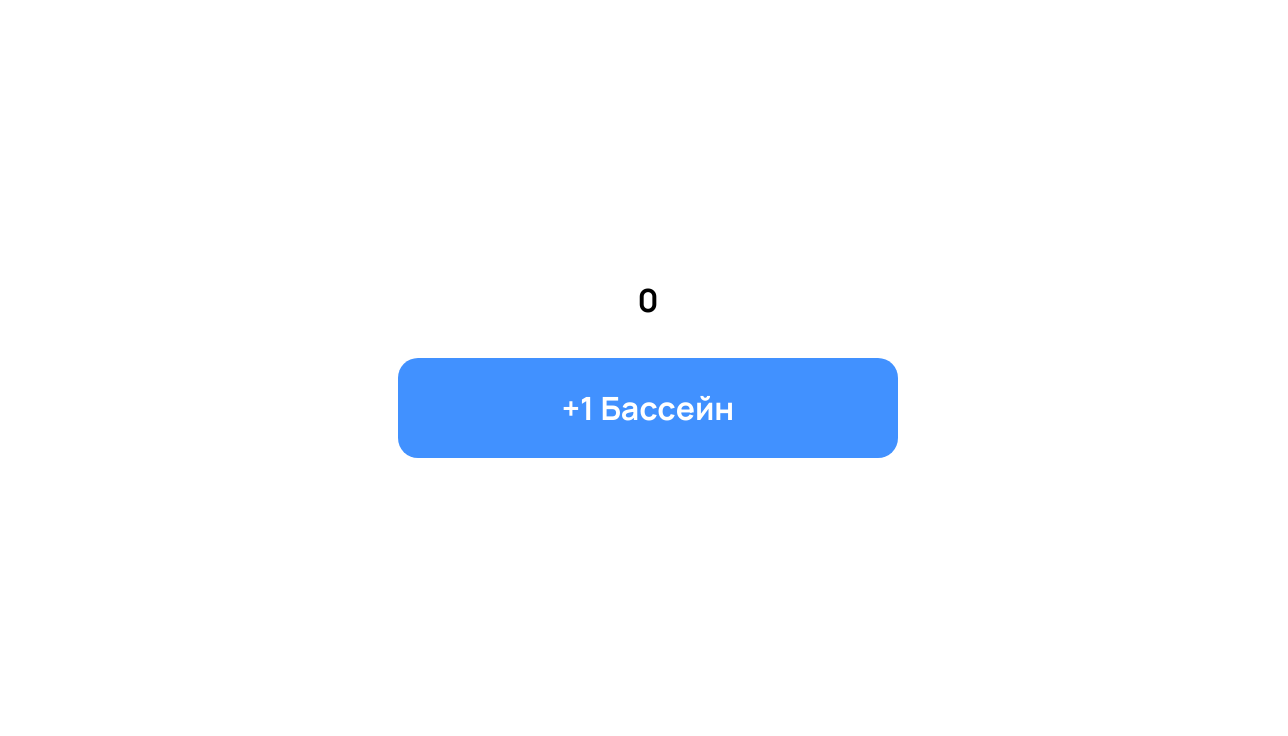
Repository: Huseynov98/js-practice
Page: index.html
The author's editor kept a copy of each file at every save. The page is drawn from the files as they stood at one save, then again after the next save.
The browser window is 1280 px wide. The page is 1288 px wide, so the pictures cover 1288 px, including what lies to the right of the window. The pictures show the whole page.

Above is the page before, as saved 2023-05-15 10:36:45.

### index.html
<!DOCTYPE html>
<html lang="en">

<head>
    <meta charset="UTF-8">
    <meta http-equiv="X-UA-Compatible" content="IE=edge">
    <meta name="viewport" content="width=device-width, initial-scale=1.0">
    <link rel="shortcut icon" href="./resources/favicon.png" type="image/x-icon">
    <link rel="preconnect" href="https://fonts.googleapis.com">
<link rel="preconnect" href="https://fonts.gstatic.com" crossorigin>
<link href="https://fonts.googleapis.com/css2?family=Manrope:wght@700&display=swap" rel="stylesheet">
    <link rel="stylesheet" href="./CSS/index.css">
    <title> Counter App </title>
</head>

<body>
    <div class="counter">
        <div class="counter__value">0</div>
        <button class="counter__addButton">+1 Бассейн</button>
    </div>




    <script src="./JS/index.js"></script>
</body>

</html>

### CSS/index.css
body {
  font-family: "Manrope", sans-serif;
  font-weight: 700;
  width: 100%;
  overflow-x: hidden;
}
button {
  font-family: inherit;
  cursor: pointer;
  font-weight: 700;
}
.counter {
  margin: 0 auto;
  width: 700px;
  height: 100vh;
  display: flex;
  align-items: center;
  justify-content: center;
  flex-direction: column;
  gap: 36px;
}

.counter__value {
  text-align: center;
  font-size: 32px;
  line-height: 44px;
}
.counter__addButton {
  width: 500px;
  height: 100px;
  background: #4191ff;
  border-radius: 20px;
  border: none;
  color: #ffffff;
  font-size: 32px;
  line-height: 44px;
}

Loaded but not shown: JS/index.js (empty)

After the next save:
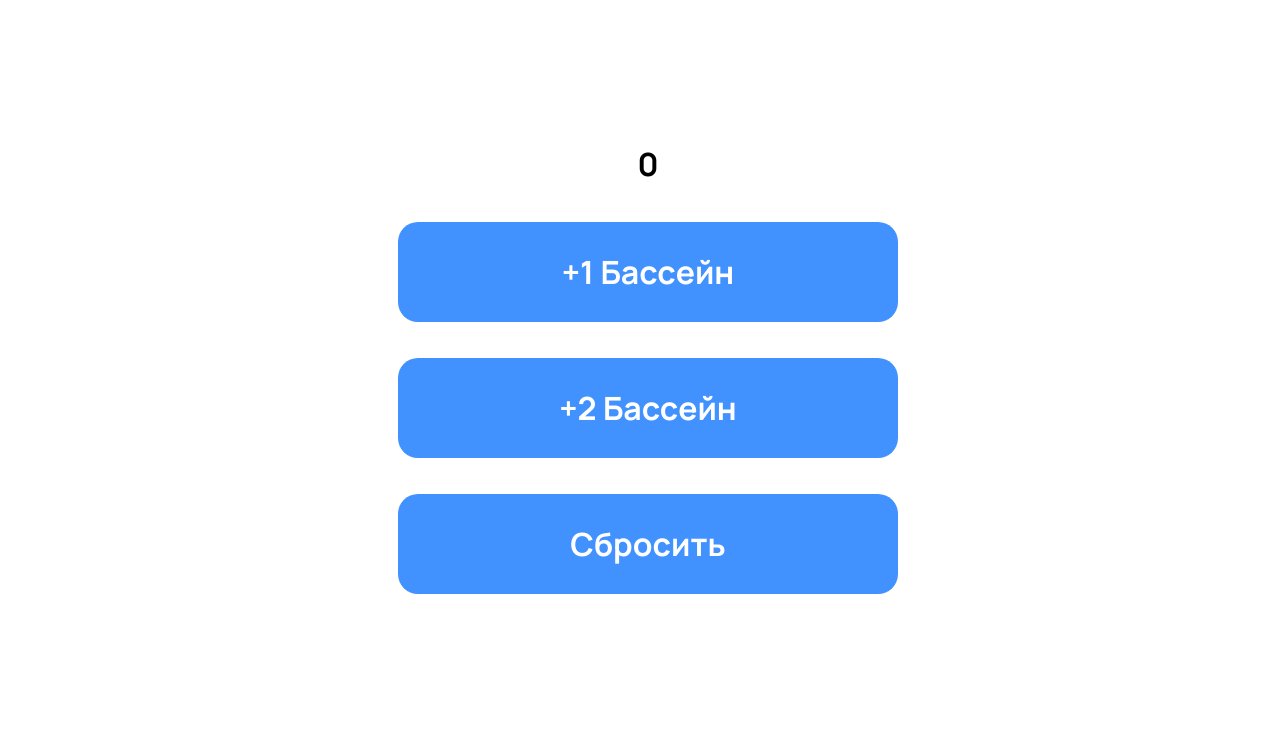
Saved 5 min 33 s later.
--- a/index.html
+++ b/index.html
@@ -16,7 +16,9 @@
 <body>
     <div class="counter">
         <div class="counter__value">0</div>
-        <button class="counter__addButton">+1 Бассейн</button>
+        <button id="addOnePoolButton" data-pool="1" class="counter__addButton">+1 Бассейн</button>
+        <button id="addTwoPoolButton" data-pool="2" class="counter__addButton">+2 Бассейн</button>
+        <button id="resetButton" class="counter__addButton">Сбросить</button>
     </div>
 
 
